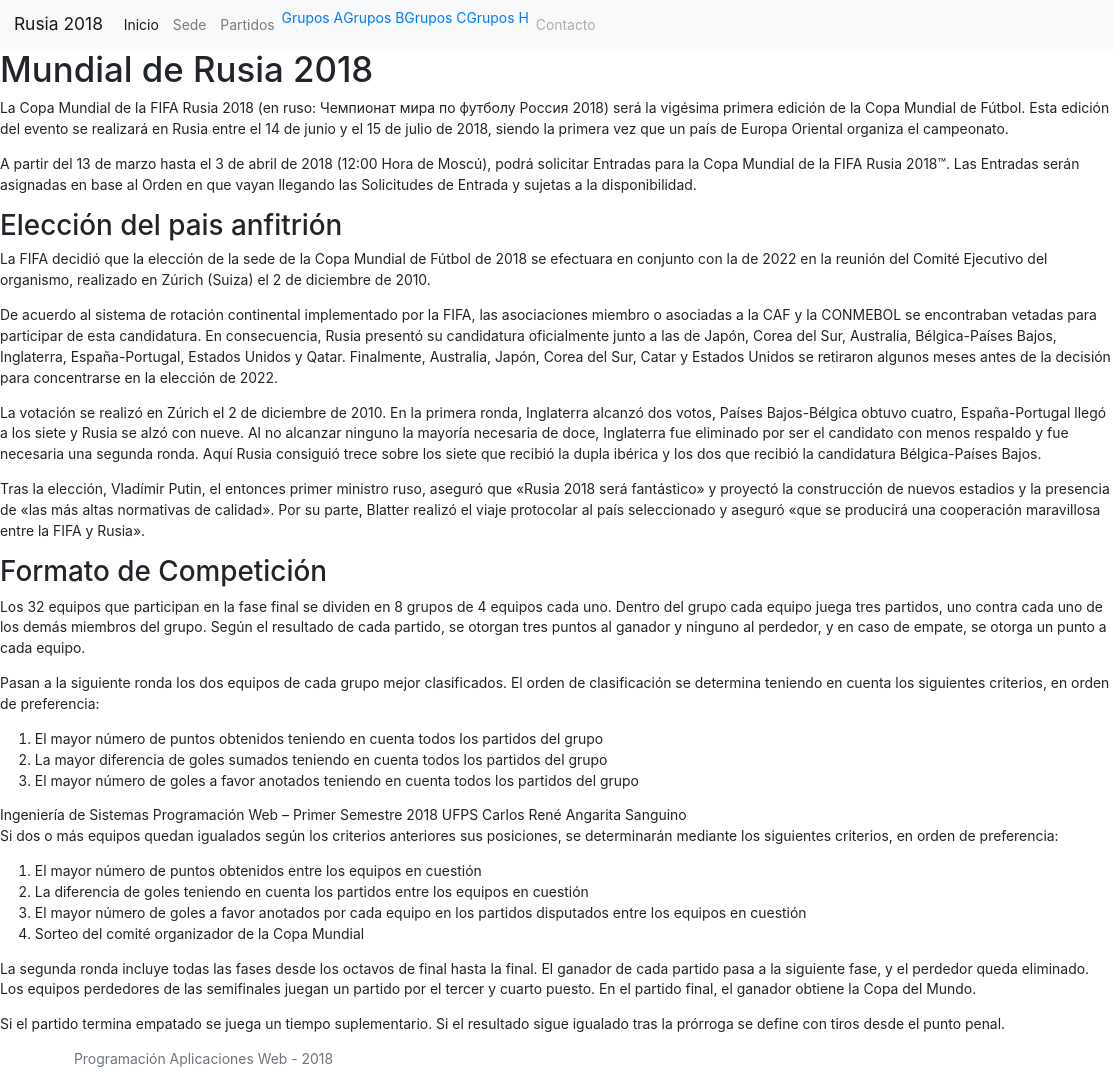
Repository: AndreyRi13/PracticaBootstrap
Page: index.html
The author's editor kept a copy of each file at every save. The page is drawn from the files as they stood at one save, then again after a run of saves.
The browser window is 1280 px wide. The pictures show the whole page, at 87% of full size.

Above is the page before, as saved 2020-09-24 16:34:50.
Console error (its wording comes from the project's code and is left out).

### index.html
<!DOCTYPE html>
<html lang="en">
<head>
    <meta charset="UTF-8">
    <meta name="viewport" content="width=device-width, initial-scale=1.0">
    <link rel="stylesheet" href="https://stackpath.bootstrapcdn.com/bootstrap/4.5.2/css/bootstrap.min.css" integrity="sha384-JcKb8q3iqJ61gNV9KGb8thSsNjpSL0n8PARn9HuZOnIxN0hoP+VmmDGMN5t9UJ0Z" crossorigin="anonymous">
   <link rel="stylesheet" href="https://stackpath.bootstrapcdn.com/bootstrap/4.5.2/css/bootstrap.min.css" integrity="sha384-JcKb8q3iqJ61gNV9KGb8thSsNjpSL0n8PARn9HuZOnIxN0hoP+VmmDGMN5t9UJ0Z" crossorigin="anonymous">
   <link rel="stylesheet" href="https://stackpath.bootstrapcdn.com/bootstrap/4.5.2/css/bootstrap.min.css" integrity="sha384-JcKb8q3iqJ61gNV9KGb8thSsNjpSL0n8PARn9HuZOnIxN0hoP+VmmDGMN5t9UJ0Z" crossorigin="anonymous">
   <script src="https://stackpath.bootstrapcdn.com/bootstrap/4.5.2/js/bootstrap.min.js" integrity="sha384-B4gt1jrGC7Jh4AgTPSdUtOBvfO8shuf57BaghqFfPlYxofvL8/KUEfYiJOMMV+rV" crossorigin="anonymous"></script>
   <script src="https://code.jquery.com/jquery-3.5.1.slim.min.js" integrity="sha384-DfXdz2htPH0lsSSs5nCTpuj/zy4C+OGpamoFVy38MVBnE+IbbVYUew+OrCXaRkfj" crossorigin="anonymous"></script>
<script src="https://cdn.jsdelivr.net/npm/popper.js@1.16.1/dist/umd/popper.min.js" integrity="sha384-9/reFTGAW83EW2RDu2S0VKaIzap3H66lZH81PoYlFhbGU+6BZp6G7niu735Sk7lN" crossorigin="anonymous"></script>

<script src="https://ajax.googleapis.com/ajax/libs/jquery/1.12.4/jquery.min.js"></script>
<title>Practica Bootstrap</title>
</head>
<body>

    <nav class="navbar navbar-expand-lg navbar-light bg-light">
        <a class="navbar-brand" href="#">Rusia 2018</a>
        <button class="navbar-toggler" type="button" data-toggle="collapse" data-target="#navbarNav" aria-controls="navbarNav" aria-expanded="false" aria-label="Toggle navigation">
          <span class="navbar-toggler-icon"></span>
        </button>
        <div class="collapse navbar-collapse" id="navbarNav">
          <ul class="navbar-nav">
            <li class="nav-item active">
              <a class="nav-link" href="#">Inicio <span class="sr-only">(current)</span></a>
            </li>
            <li class="nav-item">
              <a class="nav-link" href="#">Sede</a>
            </li>
            <li class="nav-item">
              <a class="nav-link" href="#">Partidos</a>
            </li>
            <li class="nav-item"><a href="#">Grupos A</a></li>
            <li class="nav-item"><a href="#">Grupos B</a></li>
            <li class="nav-item"><a href="#">Grupos C</a></li>
            <li class="nav-item"><a href="#" class="">Grupos H</a>

                <ul class="dropdown-menu">
                    <li class="nav-item"><a href="#">Polonia</a></li>
                    <li class="nav-item"><a href="#">Senegal</a></li>
                    <li class="nav-item"><a href="#">Colombia</a></li>
                    <li class="nav-item"><a href="#">Japon</a></li>

                </ul>
            </li>
            <li class="nav-item">
              <a class="nav-link disabled" href="#" tabindex="-1" aria-disabled="true">Contacto</a>
            </li>
          </ul>
        </div>
      </nav>

        <script src="https://ajax.googleapis.com/ajax/libs/jquery/1.12.4/jquery.min.js"></script>

        <div class="page-header">
        <h1>Mundial de Rusia 2018</h1>
        </div>

        <div>
        <p>La Copa Mundial de la FIFA Rusia 2018 (en ruso: Чемпионат мира по футболу Россия
        2018) será la vigésima primera edición de la Copa Mundial de Fútbol. Esta edición del evento se
        realizará en Rusia entre el 14 de junio y el 15 de julio de 2018, siendo la primera vez que un país de
        Europa Oriental organiza el campeonato.</p>
        <p>A partir del 13 de marzo hasta el 3 de abril de 2018 (12:00 Hora de Moscú), podrá solicitar
        Entradas para la Copa Mundial de la FIFA Rusia 2018™. Las Entradas serán asignadas en base al
        Orden en que vayan llegando las Solicitudes de Entrada y sujetas a la disponibilidad.</p>
        <h2>Elección del pais anfitrión</h2>
        <p>La FIFA decidió que la elección de la sede de la Copa Mundial de Fútbol de 2018 se
        efectuara en conjunto con la de 2022 en la reunión del Comité Ejecutivo del organismo, realizado en
        Zúrich (Suiza) el 2 de diciembre de 2010.</p>
        <p>De acuerdo al sistema de rotación continental implementado por la FIFA, las asociaciones
        miembro o asociadas a la CAF y la CONMEBOL se encontraban vetadas para participar de esta
        candidatura. En consecuencia, Rusia presentó su candidatura oficialmente junto a las de Japón, Corea
        del Sur, Australia, Bélgica-Países Bajos, Inglaterra, España-Portugal, Estados Unidos y Qatar.
        Finalmente, Australia, Japón, Corea del Sur, Catar y Estados Unidos se retiraron algunos meses antes
        de la decisión para concentrarse en la elección de 2022.</p>
        <p>La votación se realizó en Zúrich el 2 de diciembre de 2010. En la primera ronda, Inglaterra
        alcanzó dos votos, Países Bajos-Bélgica obtuvo cuatro, España-Portugal llegó a los siete y Rusia se
        alzó con nueve. Al no alcanzar ninguno la mayoría necesaria de doce, Inglaterra fue eliminado por ser
        el candidato con menos respaldo y fue necesaria una segunda ronda. Aquí Rusia consiguió trece
        sobre los siete que recibió la dupla ibérica y los dos que recibió la candidatura Bélgica-Países
        Bajos.</p>
        <p>Tras la elección, Vladímir Putin, el entonces primer ministro ruso, aseguró que «Rusia
        2018 será fantástico» y proyectó la construcción de nuevos estadios y la presencia de «las más altas
        normativas de calidad». Por su parte, Blatter realizó el viaje protocolar al país seleccionado y aseguró
        «que se producirá una cooperación maravillosa entre la FIFA y Rusia».</p>
        <h2>Formato de Competición</h2>
        <p>Los 32 equipos que participan en la fase final se dividen en 8 grupos de 4 equipos cada
        uno. Dentro del grupo cada equipo juega tres partidos, uno contra cada uno de los demás miembros
        del grupo. Según el resultado de cada partido, se otorgan tres puntos al ganador y ninguno al
        perdedor, y en caso de empate, se otorga un punto a cada equipo.</p>
        <p>Pasan a la siguiente ronda los dos equipos de cada grupo mejor clasificados. El orden de
        clasificación se determina teniendo en cuenta los siguientes criterios, en orden de preferencia:</p>
        <ol>
        <li>El mayor número de puntos obtenidos teniendo en cuenta todos los partidos del
        grupo</li>
        <li>La mayor diferencia de goles sumados teniendo en cuenta todos los partidos del
        grupo</li>
        <li>El mayor número de goles a favor anotados teniendo en cuenta todos los partidos
        del grupo</li>
        </ol>
        Ingeniería de Sistemas Programación Web – Primer Semestre 2018
        UFPS
        Carlos René Angarita Sanguino
        <p>Si dos o más equipos quedan igualados según los criterios anteriores sus posiciones, se
        determinarán mediante los siguientes criterios, en orden de preferencia:</p>
        <ol>
        <li>El mayor número de puntos obtenidos entre los equipos en cuestión</li>
        <li>La diferencia de goles teniendo en cuenta los partidos entre los equipos en
        cuestión</li>
        <li>El mayor número de goles a favor anotados por cada equipo en los partidos
        disputados entre los equipos en cuestión</li>
        <li>Sorteo del comité organizador de la Copa Mundial</li>
        </ol>
        <p>La segunda ronda incluye todas las fases desde los octavos de final hasta la final. El
        ganador de cada partido pasa a la siguiente fase, y el perdedor queda eliminado. Los equipos
        perdedores de las semifinales juegan un partido por el tercer y cuarto puesto. En el partido final, el
        ganador obtiene la Copa del Mundo.</p>
        <p>Si el partido termina empatado se juega un tiempo suplementario. Si el resultado sigue
        igualado tras la prórroga se define con tiros desde el punto penal.</p>
        </div>
        <footer class="footer">
            <div class="container">
                <p class="text-muted">Programación Aplicaciones Web - 2018</p>
            </div>
        </footer>
        <script src="https://code.jquery.com/jquery-3.5.1.slim.min.js" integrity="sha384-DfXdz2htPH0lsSSs5nCTpuj/zy4C+OGpamoFVy38MVBnE+IbbVYUew+OrCXaRkfj" crossorigin="anonymous"></script>
        <script src="https://cdn.jsdelivr.net/npm/popper.js@1.16.1/dist/umd/popper.min.js" integrity="sha384-9/reFTGAW83EW2RDu2S0VKaIzap3H66lZH81PoYlFhbGU+6BZp6G7niu735Sk7lN" crossorigin="anonymous"></script>
        <script src="https://stackpath.bootstrapcdn.com/bootstrap/4.5.2/js/bootstrap.min.js" integrity="sha384-B4gt1jrGC7Jh4AgTPSdUtOBvfO8shuf57BaghqFfPlYxofvL8/KUEfYiJOMMV+rV" crossorigin="anonymous"></script>

</body>


</html>

After the next 4 saves:
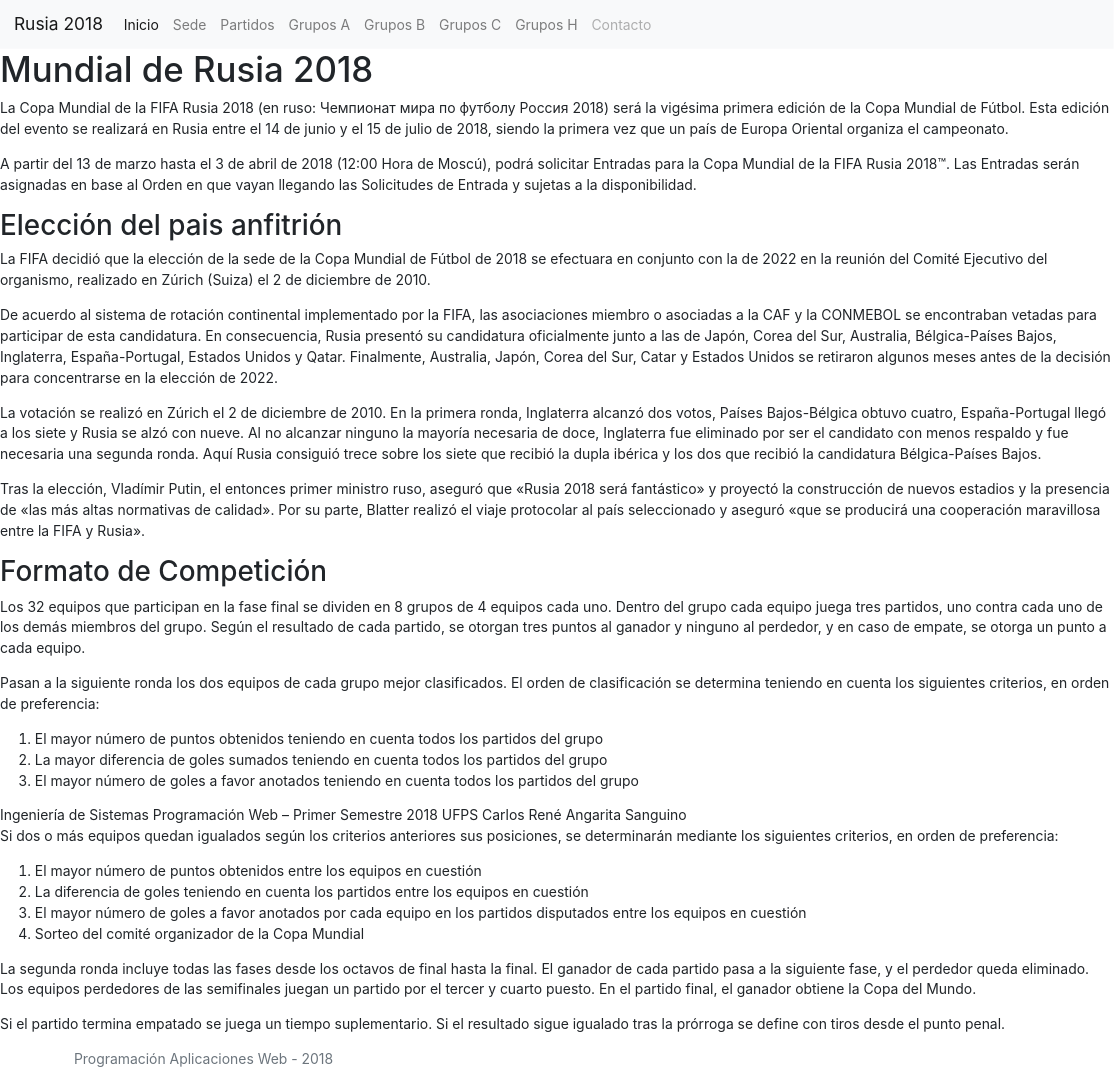
The 4 saves are shown as one change because they came seconds apart.
The last was saved 14 s later.
--- a/index.html
+++ b/index.html
@@ -31,10 +31,10 @@
             <li class="nav-item">
               <a class="nav-link" href="#">Partidos</a>
             </li>
-            <li class="nav-item"><a href="#">Grupos A</a></li>
-            <li class="nav-item"><a href="#">Grupos B</a></li>
-            <li class="nav-item"><a href="#">Grupos C</a></li>
-            <li class="nav-item"><a href="#" class="">Grupos H</a>
+            <li class="nav-item"><a class="nav-link" href="#">Grupos A</a></li>
+            <li class="nav-item"><a class="nav-link" href="#">Grupos B</a></li>
+            <li class="nav-item"><a class="nav-link" href="#">Grupos C</a></li>
+            <li class="nav-item"><a class="nav-link" href="#" class="">Grupos H</a>
 
                 <ul class="dropdown-menu">
                     <li class="nav-item"><a href="#">Polonia</a></li>
